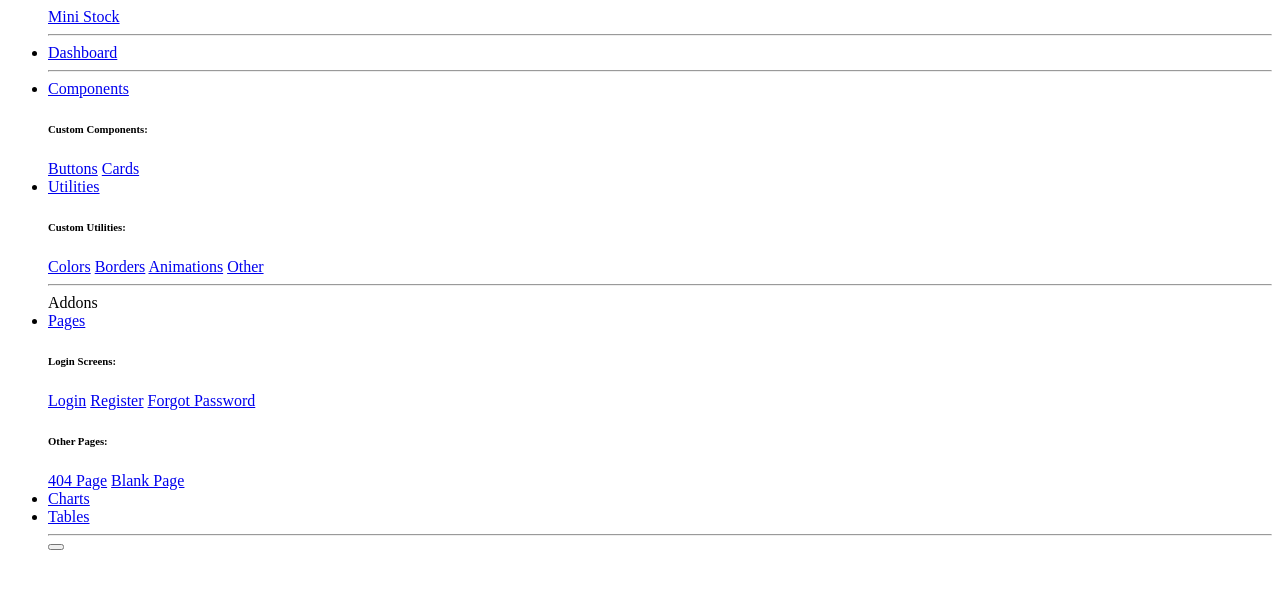
Repository: iamsamitdev/java_class_rd
Page: http://localhost/JavaJSPCRUD/includes/sidebar.jsp
An editor plug-in stored every save of this project. The page is shown before and after the next save, followed by the edit.
The browser window is 1280 px wide. The pictures show the whole page.
The page is served by Tomcat 9.

Above is the page before, as saved 2020-03-12 09:06:13.

After the next save:
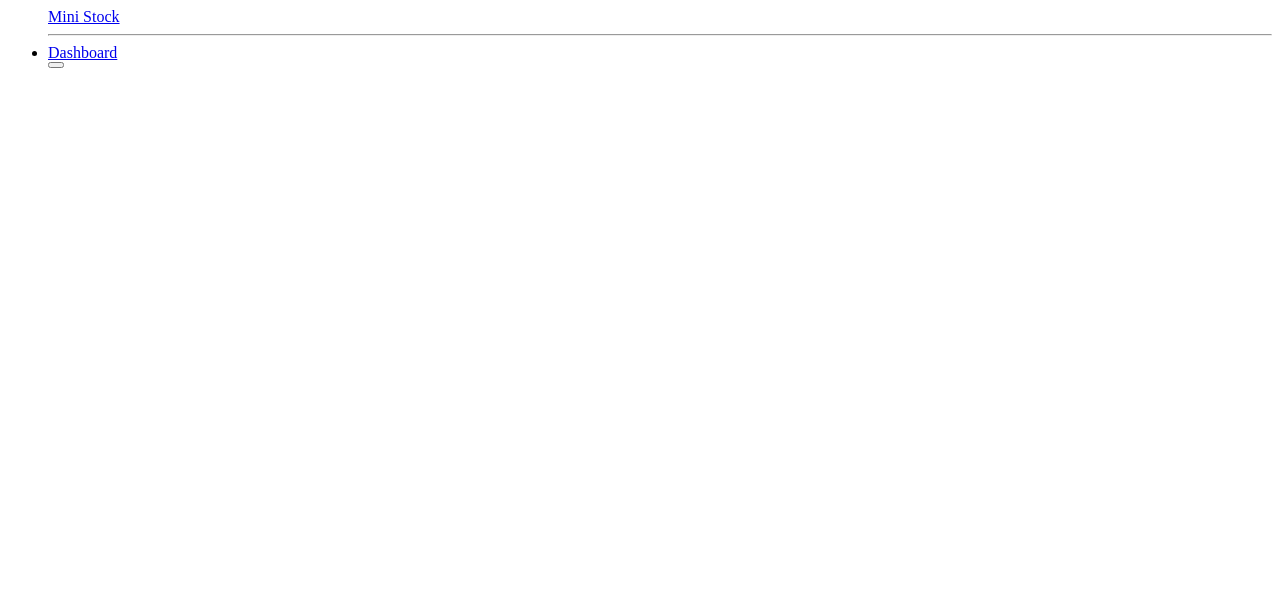
Saved 58 s later.
--- a/JSP/JavaJSPCRUD/WebContent/includes/sidebar.jsp
+++ b/JSP/JavaJSPCRUD/WebContent/includes/sidebar.jsp
@@ -15,89 +15,6 @@
           <span>Dashboard</span></a>
       </li>
 
-      <!-- Divider -->
-      <hr class="sidebar-divider">
-
-      <!-- Heading -->
-
-
-      <!-- Nav Item - Pages Collapse Menu -->
-      <li class="nav-item">
-        <a class="nav-link collapsed" href="#" data-toggle="collapse" data-target="#collapseTwo" aria-expanded="true" aria-controls="collapseTwo">
-          <i class="fas fa-fw fa-cog"></i>
-          <span>Components</span>
-        </a>
-        <div id="collapseTwo" class="collapse" aria-labelledby="headingTwo" data-parent="#accordionSidebar">
-          <div class="bg-white py-2 collapse-inner rounded">
-            <h6 class="collapse-header">Custom Components:</h6>
-            <a class="collapse-item" href="buttons.html">Buttons</a>
-            <a class="collapse-item" href="cards.html">Cards</a>
-          </div>
-        </div>
-      </li>
-
-      <!-- Nav Item - Utilities Collapse Menu -->
-      <li class="nav-item">
-        <a class="nav-link collapsed" href="#" data-toggle="collapse" data-target="#collapseUtilities" aria-expanded="true" aria-controls="collapseUtilities">
-          <i class="fas fa-fw fa-wrench"></i>
-          <span>Utilities</span>
-        </a>
-        <div id="collapseUtilities" class="collapse" aria-labelledby="headingUtilities" data-parent="#accordionSidebar">
-          <div class="bg-white py-2 collapse-inner rounded">
-            <h6 class="collapse-header">Custom Utilities:</h6>
-            <a class="collapse-item" href="utilities-color.html">Colors</a>
-            <a class="collapse-item" href="utilities-border.html">Borders</a>
-            <a class="collapse-item" href="utilities-animation.html">Animations</a>
-            <a class="collapse-item" href="utilities-other.html">Other</a>
-          </div>
-        </div>
-      </li>
-
-      <!-- Divider -->
-      <hr class="sidebar-divider">
-
-      <!-- Heading -->
-      <div class="sidebar-heading">
-        Addons
-      </div>
-
-      <!-- Nav Item - Pages Collapse Menu -->
-      <li class="nav-item">
-        <a class="nav-link collapsed" href="#" data-toggle="collapse" data-target="#collapsePages" aria-expanded="true" aria-controls="collapsePages">
-          <i class="fas fa-fw fa-folder"></i>
-          <span>Pages</span>
-        </a>
-        <div id="collapsePages" class="collapse" aria-labelledby="headingPages" data-parent="#accordionSidebar">
-          <div class="bg-white py-2 collapse-inner rounded">
-            <h6 class="collapse-header">Login Screens:</h6>
-            <a class="collapse-item" href="login.html">Login</a>
-            <a class="collapse-item" href="register.html">Register</a>
-            <a class="collapse-item" href="forgot-password.html">Forgot Password</a>
-            <div class="collapse-divider"></div>
-            <h6 class="collapse-header">Other Pages:</h6>
-            <a class="collapse-item" href="404.html">404 Page</a>
-            <a class="collapse-item" href="blank.html">Blank Page</a>
-          </div>
-        </div>
-      </li>
-
-      <!-- Nav Item - Charts -->
-      <li class="nav-item">
-        <a class="nav-link" href="charts.html">
-          <i class="fas fa-fw fa-chart-area"></i>
-          <span>Charts</span></a>
-      </li>
-
-      <!-- Nav Item - Tables -->
-      <li class="nav-item">
-        <a class="nav-link" href="tables.html">
-          <i class="fas fa-fw fa-table"></i>
-          <span>Tables</span></a>
-      </li>
-
-      <!-- Divider -->
-      <hr class="sidebar-divider d-none d-md-block">
-
       <!-- Sidebar Toggler (Sidebar) -->
       <div class="text-center d-none d-md-inline">
         <button class="rounded-circle border-0" id="sidebarToggle"></button>
